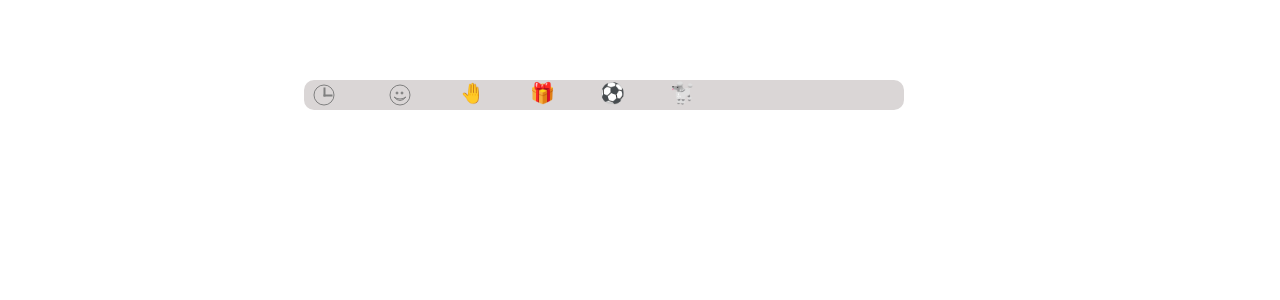
Repository: Gaj123-coder/emoji-search-app
Page: /
An editor plug-in stored every save of this project. The page is shown before and after the next save, followed by the edit.
The browser window is 1280 px wide. The pictures show the whole page.
The project was rebuilt for these pictures with package versions that can differ from the ones it lists, and the page was loaded fresh each time.

Above is the page before, as saved 2021-10-30 22:08:56.

After the next save:
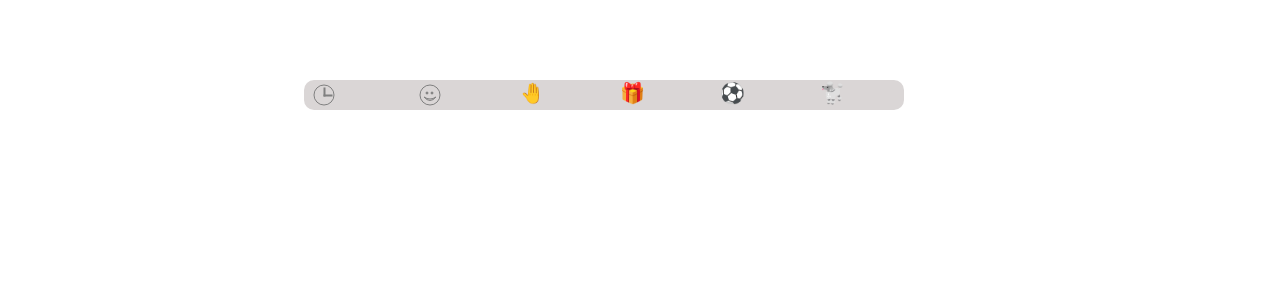
Saved 5 s later.
--- a/src/App.css
+++ b/src/App.css
@@ -18,7 +18,7 @@
 
 .dec-child{
   height:30px;
-  width:70px;
+  width:100px;
 }
 
 .dec-child>p{
